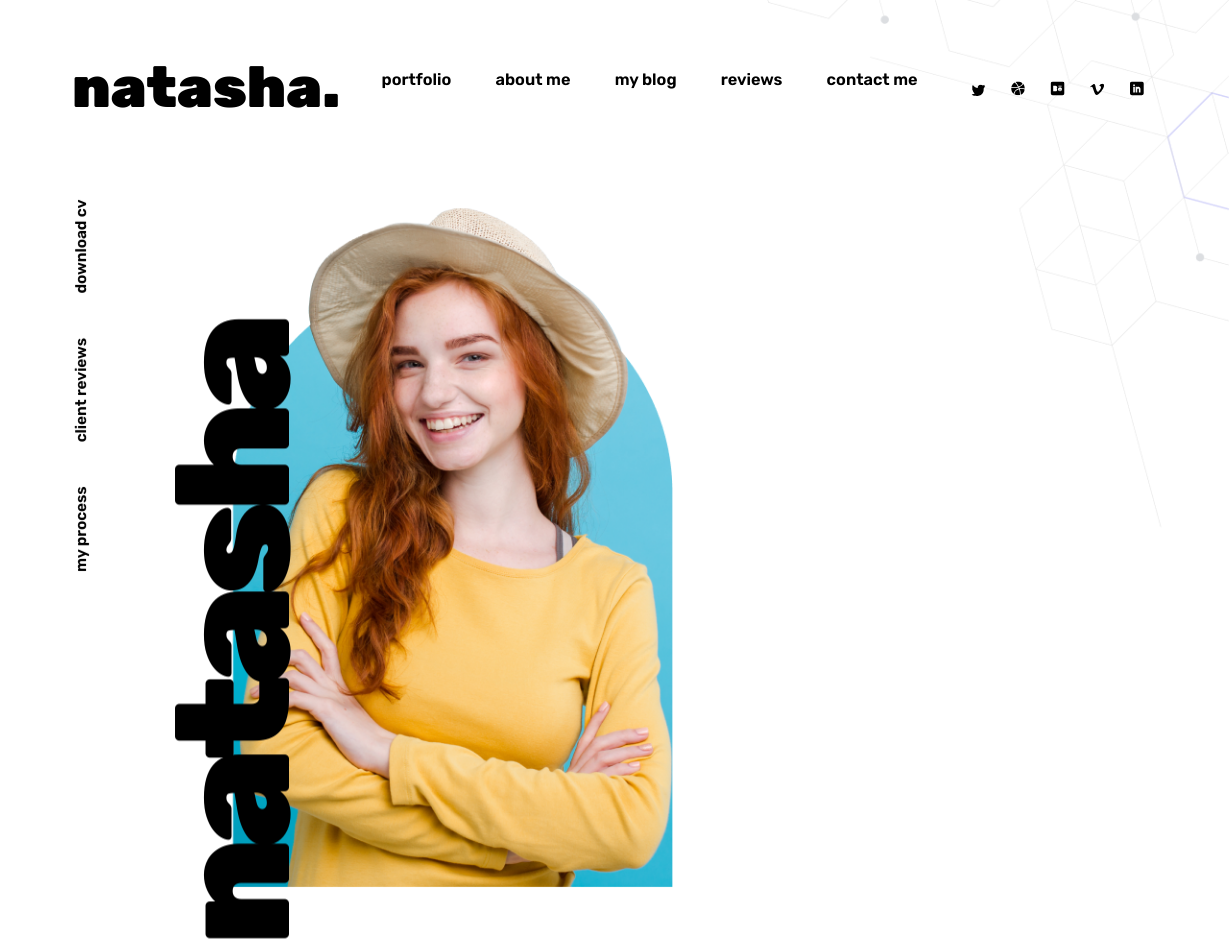
Repository: BuduCE/landing-page
Page: natasha-lp/index.html
The author's editor kept a copy of each file at every save. The page is drawn from the files as they stood at one save, then again after the next save.
The browser window is 1280 px wide. The pictures show the whole page, at 96% of full size.

Above is the page before, as saved 2022-03-04 22:55:17.

### natasha-lp/index.html
<!DOCTYPE html>
<html lang="en">

<head>
    <meta charset="UTF-8">
    <meta http-equiv="X-UA-Compatible" content="IE=edge">
    <meta name="viewport" content="width=device-width, initial-scale=1.0">
    <title>Natasha</title>

    <!--CSS-->
    <link rel="stylesheet" href="./assets/css/style.css">

    <!--Google Font-->
    <link rel="preconnect" href="https://fonts.googleapis.com">
    <link rel="preconnect" href="https://fonts.gstatic.com" crossorigin>
    <link href="https://fonts.googleapis.com/css2?family=Rubik:ital,wght@0,600;0,900;1,400&display=swap" rel="stylesheet">
</head>

<body>
    <!--Navbar menu-->
    <header>
        <div class="logo">
            <h1>natasha.</h1>
        </div>

        <nav class='nav_text'>
            <li><a href="#">portfolio</a></li>
            <li><a href="#">about me</a></li>
            <li><a href="#">my blog</a></li>
            <li><a href="#">reviews</a></li>
            <li><a href="#">contact me</a></li>
        </nav>

        <nav class='nav_icon'>
            <li><a href="">
                <svg width="15" height="12" viewBox="0 0 15 12" fill="none"
                        xmlns="http://www.w3.org/2000/svg">
                        <path
                            d="M5.32379 11.9894C4.70669 11.9894 4.07153 11.9394 3.43255 11.8393C2.30713 11.6627 1.16788 11.074 0.845509 10.8977L0 10.4354L0.915405 10.1344C1.91606 9.80538 2.52477 9.60125 3.27828 9.28159C2.52379 8.91621 1.9423 8.25895 1.66238 7.4093L1.44943 6.76281L1.62406 6.78948C1.45846 6.62258 1.32771 6.45317 1.22635 6.29911C0.865868 5.75159 0.675013 5.08256 0.715623 4.50923L0.755688 3.94494L1.09352 4.07581C0.951007 3.80667 0.848013 3.51925 0.787479 3.21799C0.639956 2.48331 0.763418 1.7028 1.13522 1.02027L1.4295 0.480042L1.82308 0.952771C3.06783 2.44804 4.64442 3.33503 6.51562 3.5947C6.43919 3.06786 6.49646 2.55942 6.68601 2.10367C6.90669 1.57302 7.29929 1.12305 7.82101 0.802307C8.40043 0.446182 9.1031 0.273618 9.79956 0.316405C10.5385 0.361805 11.2094 0.638671 11.7422 1.11761C12.0024 1.04999 12.1941 0.977812 12.4532 0.880261C12.6091 0.821578 12.7859 0.754948 13.0072 0.678736L13.8224 0.397842L13.2908 1.91619C13.3259 1.91325 13.362 1.91075 13.3998 1.90912L14.2703 1.8697L13.7558 2.57292C13.7263 2.6132 13.7188 2.62463 13.7083 2.64042C13.6668 2.70291 13.6152 2.78065 12.909 3.72371C12.7322 3.95986 12.6439 4.26742 12.6603 4.58991C12.7229 5.81539 12.5726 6.92416 12.2132 7.88529C11.8733 8.7946 11.3465 9.57479 10.6478 10.2042C9.78312 10.9829 8.68056 11.516 7.3706 11.7886C6.72803 11.9223 6.03799 11.9894 5.32379 11.9894Z"
                            fill="black" />
                    </svg>
                </a></li>
            <li><a href="">
                <svg width="15" height="15" viewBox="0 0 15 15" fill="none" xmlns="http://www.w3.org/2000/svg">
                <g clip-path="url(#clip0_1_411)">
                <path d="M11.2078 3.20502C11.6444 2.71846 11.8989 2.20904 11.9882 1.68612C10.7537 0.65237 9.16565 0 7.43325 0C6.53875 0 5.68572 0.173109 4.89661 0.475995C6.218 1.7999 7.32307 3.36746 8.18742 5.05957C9.46102 4.59904 10.5225 3.96898 11.2078 3.20502Z" fill="black"/>
                <path d="M11.83 3.76354C11.063 4.61842 9.92291 5.31369 8.56079 5.81897C8.73009 6.19023 8.88567 6.56921 9.0321 6.9531C9.73162 6.80264 10.4566 6.71706 11.196 6.71706C12.3599 6.71706 13.4907 6.91456 14.5334 7.27754C14.5344 7.22975 14.5406 7.18326 14.5406 7.13514C14.5406 5.29463 13.8314 3.6207 12.6795 2.35712C12.5095 2.84683 12.2274 3.32076 11.83 3.76354Z" fill="black"/>
                <path d="M0.433258 5.63324C1.32199 5.79034 2.30664 5.88092 3.25254 5.88092C4.71885 5.88092 6.12734 5.67276 7.38266 5.31522C6.51766 3.65326 5.40562 2.1237 4.07834 0.844543C2.27202 1.81602 0.878333 3.57389 0.433258 5.63324Z" fill="black"/>
                <path d="M14.4613 8.13842C13.4527 7.75878 12.3426 7.55322 11.196 7.55322C10.5532 7.55322 9.92193 7.62062 9.31311 7.74364C9.93119 9.59722 10.2888 11.6007 10.3499 13.6372C12.5243 12.6535 14.1138 10.5815 14.4613 8.13842Z" fill="black"/>
                <path d="M0.270294 7.13516C0.270294 9.33397 1.33018 11.3302 2.9034 12.6348C3.07009 11.5259 3.57003 10.435 4.3843 9.522C5.35284 8.43609 6.69688 7.62292 8.21893 7.15879C8.07729 6.79341 7.92258 6.43522 7.75927 6.08203C6.39922 6.48541 4.86737 6.71709 3.25256 6.71709C2.26464 6.71709 1.23655 6.6227 0.304589 6.45895C0.283468 6.68182 0.270294 6.90697 0.270294 7.13516V7.13516Z" fill="black"/>
                <path d="M5.00854 10.0784C4.18601 11.0008 3.74039 12.0826 3.68323 13.1893C4.77338 13.87 6.05602 14.2703 7.43327 14.2703C8.15738 14.2703 8.85603 14.1601 9.51482 13.9579C9.48281 11.8762 9.13333 9.82941 8.49794 7.94547C7.10708 8.36256 5.88367 9.09713 5.00854 10.0784Z" fill="black"/>
                </g>
                <defs>
                <clipPath id="clip0_1_411">
                <rect width="14.2703" height="14.2703" fill="white" transform="translate(0.270264)"/>
                </clipPath>
                </defs>
                </svg>
                </a></li>
            <li><a href="">
                <svg width="15" height="15" viewBox="0 0 15 15" fill="none" xmlns="http://www.w3.org/2000/svg">
                <path d="M12.6926 0H2.6309C1.47836 0 0.540527 0.937837 0.540527 2.09037V12.1799C0.540527 13.3324 1.47836 14.2703 2.6309 14.2703H12.6926C13.8451 14.2703 14.8108 13.3324 14.8108 12.1799V2.09037C14.8108 0.937837 13.8451 0 12.6926 0ZM8.51181 4.20861H11.8564V5.04476H8.51181V4.20861ZM7.25759 8.38936C7.25759 9.31163 6.50756 10.0617 5.58529 10.0617H3.07684V4.20861H5.58529C6.50756 4.20861 7.25759 4.95864 7.25759 5.88091C7.25759 6.38282 7.03091 6.82844 6.6798 7.13514C7.03091 7.44183 7.25759 7.88745 7.25759 8.38936ZM12.2745 8.38936H9.00131C9.17398 8.87602 9.63909 9.22551 10.1841 9.22551C10.6304 9.22551 11.0468 8.98501 11.2709 8.59796L11.9943 9.0169C11.6217 9.66111 10.9279 10.0617 10.1841 10.0617C9.03157 10.0617 8.09374 9.12382 8.09374 7.97128C8.09374 6.81875 9.03157 5.88091 10.1841 5.88091C11.3366 5.88091 12.2745 6.81875 12.2745 7.97128V8.38936Z" fill="black"/>
                </svg></a></li>
            <li><a href="">
                <svg width="16" height="13" viewBox="0 0 16 13" fill="none" xmlns="http://www.w3.org/2000/svg">
                    <path d="M0.810791 3.15084L1.0048 3.873L1.0195 3.86318C1.41515 3.6005 1.72805 3.39302 2.0796 3.39302C2.39371 3.39302 2.69431 3.5621 2.91815 3.89514C4.13612 5.70587 5.07809 12.0026 7.35725 12.0026C9.60669 12.0026 15.256 5.13731 15.0769 2.03947C14.9879 0.500584 13.8877 0.27063 13.2396 0.27063C11.9917 0.27063 10.7478 1.04274 10.12 2.51945C11.1915 2.34731 11.9507 2.94903 11.8691 4.05103C11.7748 5.30269 9.6792 8.53689 8.70402 8.53689C7.03695 8.53689 6.25698 2.90496 5.69922 1.19536C5.55953 0.76861 5.15561 0.503421 4.64434 0.503421C4.28136 0.503421 3.90563 0.642942 3.58587 0.896678C2.84912 1.48095 2.098 2.08201 1.36899 2.6881L0.810791 3.15084Z" fill="black"/>
                    </svg>
            </a></li>
            <li><a href="">
                <svg width="15" height="15" viewBox="0 0 15 15" fill="none" xmlns="http://www.w3.org/2000/svg">
                    <path d="M12.261 0H2.17143C1.01889 0 0.0810547 0.937837 0.0810547 2.09037V12.1799C0.0810547 13.3324 1.01889 14.2703 2.17143 14.2703H12.261C13.4135 14.2703 14.3513 13.3324 14.3513 12.1799V2.09037C14.3513 0.937837 13.4135 0 12.261 0ZM5.12582 11.3159H3.45352V5.46284H5.12582V11.3159ZM5.12582 4.62669H3.45352V2.95439H5.12582V4.62669ZM10.9789 11.3159H9.30656V7.97128C9.30656 7.51031 8.93138 7.13514 8.47041 7.13514C8.00944 7.13514 7.63426 7.51031 7.63426 7.97128V11.3159H5.96197V5.46284H7.63426V5.77803C8.07237 5.64183 8.35697 5.46284 8.88849 5.46284C10.0226 5.46404 10.9789 6.48146 10.9789 7.68386V11.3159Z" fill="black"/>
                    </svg>
            </a></li>
        </nav>
    </header>

    <nav class="side_nav">
        <li><a href="">my process</a></li>
        <li><a href="">client reviews</a></li>
        <li><a href="">download cv</a></li>
    </nav>

    <main class="container">
        <section>
            <div class="natasha_img">
                <h1>natasha</h1>
                <img src="/natasha-lp/assets/images/natasha.png" alt="">
            </div>
            <div></div>
        </section>
    </main>
</body>

</html>

### natasha-lp/assets/css/style.css
/*Reset*/
* {
    margin: 0;
    padding: 0;
    box-sizing: border-box;
}

body {
    font-family: 'Rubik', sans-serif;
    background: url(/natasha-lp/assets/images/bg.png);
    background-repeat: no-repeat;
    background-position: top right;
    position: relative;
}

a {
    text-decoration: none;
}

li {
    list-style: none;
}

header {
    display: flex;
    justify-content: space-between;
    padding: 4.5rem 4.688rem;
    padding-bottom: 5.875px;
}

.logo {
    font-weight: 900;
    font-size: 1.875rem;
    line-height: 2.375rem;
}

.nav_text,.nav_icon {
    display: flex;
}

.nav_text li {
    padding: 0 1.438rem;
    padding-bottom: 0.438rem;
}

.nav_text li:hover {
    border-bottom: 0.125rem solid #000000;
}

.nav_text li a {
    color: black;
    font-weight: 400;
    font-size: 1.063rem;
    line-height: 1.375rem;
}

.nav_icon li {
    padding: 0.813rem;
}

.container {
    margin-top: 5.875rem;
}

.side_nav {
    position: fixed;
    bottom: 6.313rem;
    left: 0;
    display: flex;
    writing-mode: vertical-rl;
    transform: rotate(180deg);
}

.side_nav li {
    padding: 1.438rem 4.65rem;
}

.side_nav li a {
    color: #000000;
}

.container section {
    margin-left: 15.111rem;
}

.natasha_img {
    position: relative;
    width: 28.599rem;
    height: 40.001rem;
}

.natasha_img h1 {
    position: absolute;
    left: -6.5rem;
    bottom: -8rem;/*3.611rem*/
    writing-mode: vertical-rl;
    transform: rotate(180deg);
    font-weight: 900;
    font-size: 10.452rem;
    line-height: 13.25rem;
    letter-spacing: -0.7rem;
    text-shadow: -3px -9px 0 #6bc8e1, -6px -9px 0 #6bc8e1, 0 4px 0 #6bc8e1,;
}

After the next save:
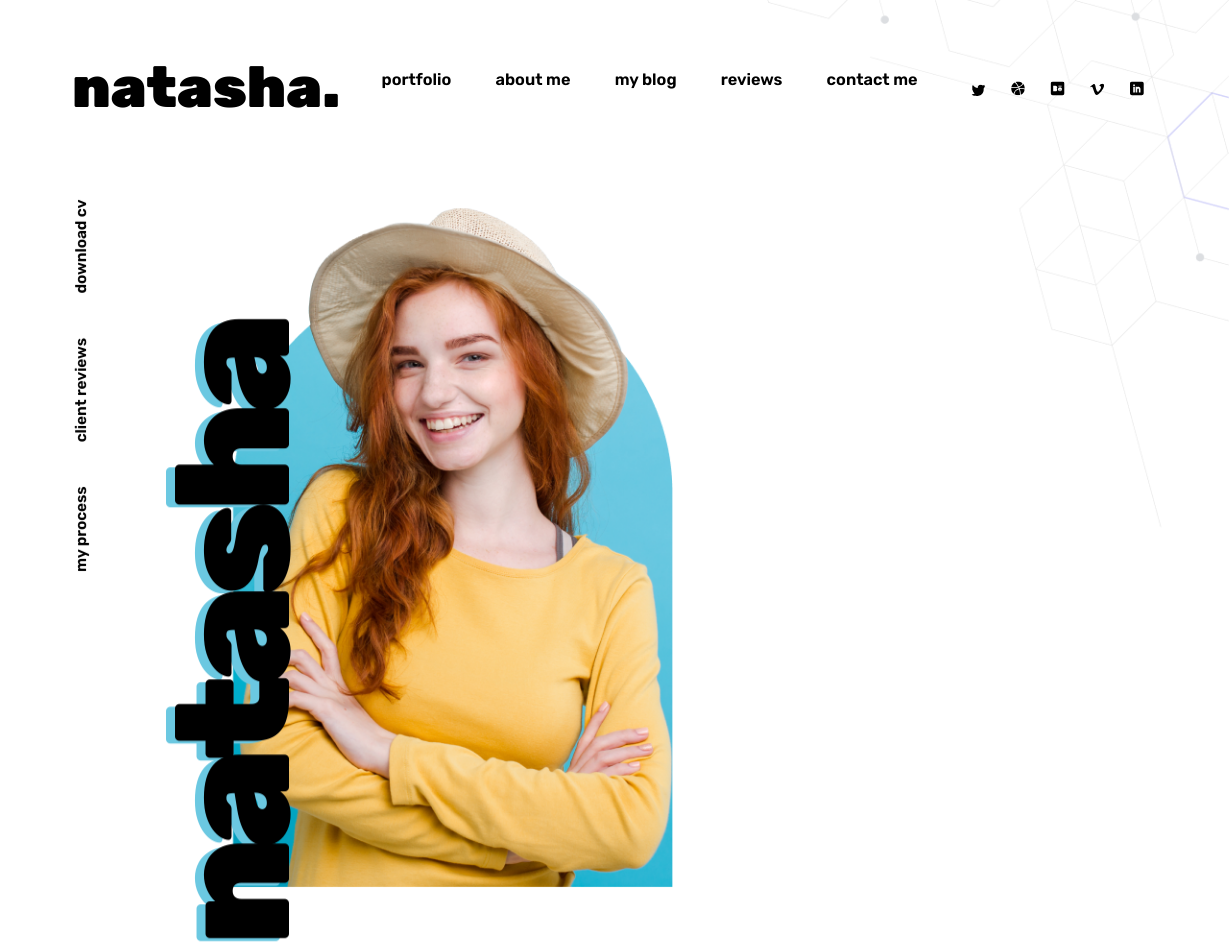
Saved 11 s later.
--- a/natasha-lp/assets/css/style.css
+++ b/natasha-lp/assets/css/style.css
@@ -99,5 +99,5 @@ header {
     font-size: 10.452rem;
     line-height: 13.25rem;
     letter-spacing: -0.7rem;
-    text-shadow: -3px -9px 0 #6bc8e1, -6px -9px 0 #6bc8e1, 0 4px 0 #6bc8e1,;
+    text-shadow: -3px -9px 0 #6bc8e1;
 }
